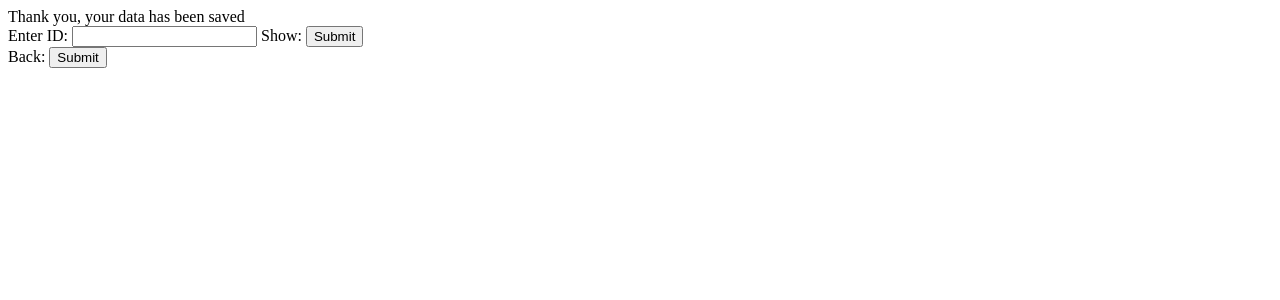
Repository: amittomar287/springbootbasics
Page: http://localhost/springJPA/ThankYou.jsp
An editor plug-in stored every save of this project. The page is shown before and after the next save, followed by the edit.
The browser window is 1280 px wide. The pictures show the whole page.
The page is served by Tomcat 9.

Above is the page before, as saved 2022-08-06 05:43:49.

After the next save:
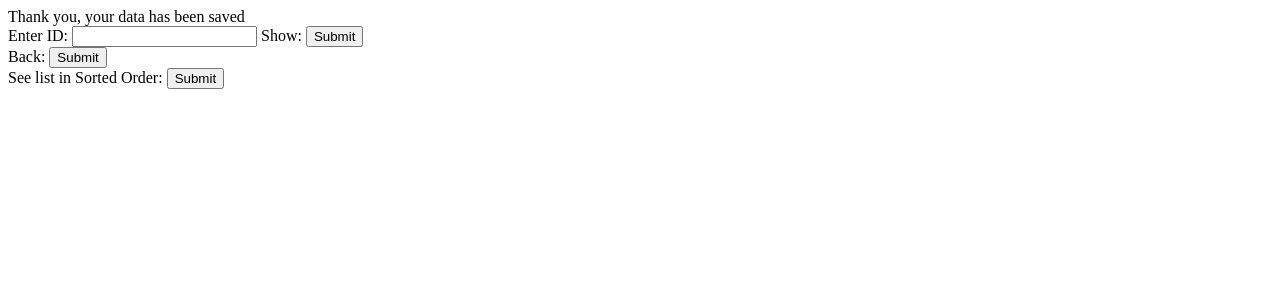
Saved 85 s later.
--- a/springJPA/src/main/webapp/ThankYou.jsp
+++ b/springJPA/src/main/webapp/ThankYou.jsp
@@ -19,5 +19,9 @@
 Back: <input type="submit"><br>
 </form>
 
+<form action="sorted">
+See list in Sorted Order: <input type="submit"><br>
+</form>
+
 </body>
 </html>
